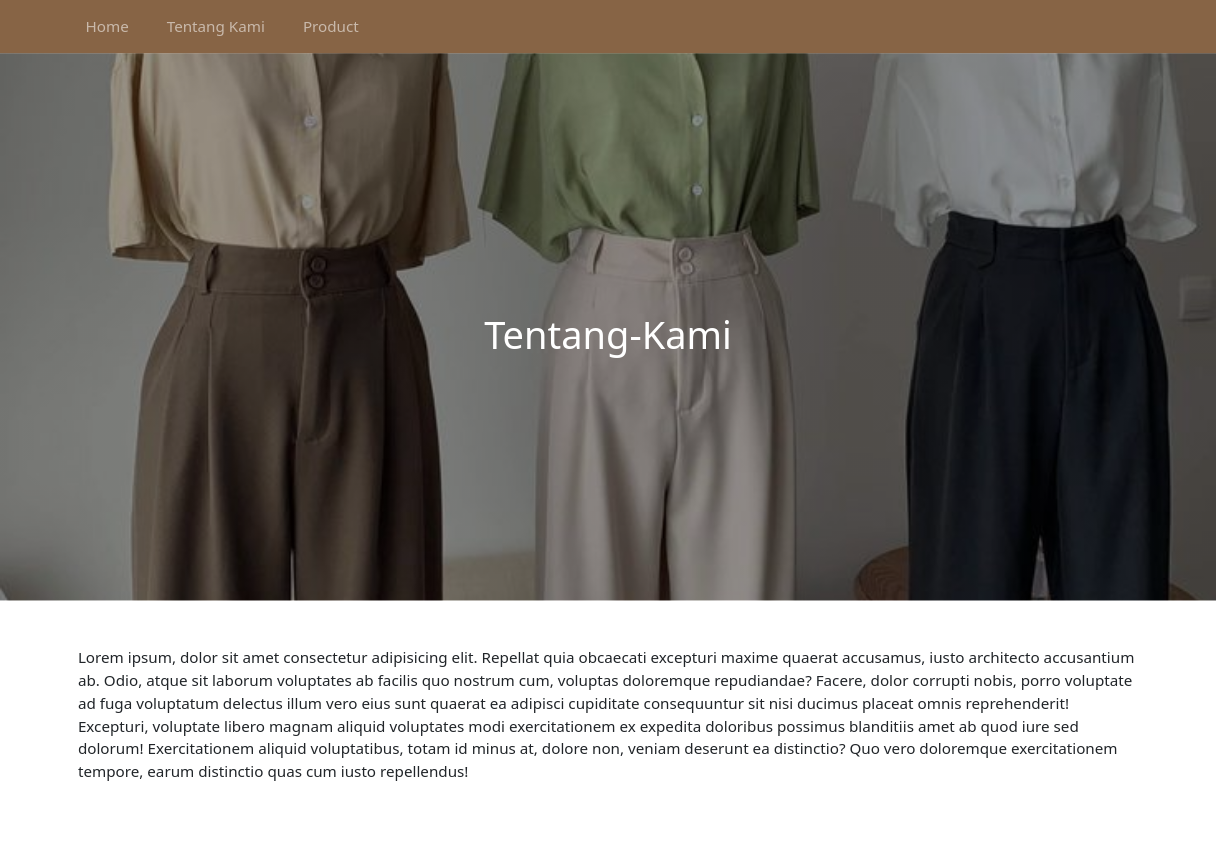
Repository: herman165/tugas_uas
Page: http://localhost/tentang_kami.php
An editor plug-in stored every save of this project. The page is shown before and after a run of saves, followed by the edit.
The browser window is 1280 px wide. The pictures show the whole page, at 95% of full size.
The page is run by PHP 8.4 with error messages shown; the project is at /var/www/html/.

Above is the page before, as saved 2024-12-12 04:30:55.

### tentang_kami.php

<!DOCTYPE html>
<html lang="en">
<head>
    <meta charset="UTF-8">
    <meta name="viewport" content="width=device-width, initial-scale=1.0">
    <title>Tentang Kami - Page</title>
    <link rel="stylesheet" href="bootstrap/css/bootstrap.min.css">
    <link rel="stylesheet" href="fontawesome/css/all.min.css">
    <link rel="stylesheet" href="css/style.css">
</head>
<body>
    <!-- navbar -->
     <?php require "navbar.php" ?>
     <!-- benner -->
     <div class="container-fluid banner d-flex align-items-center">
        <div class="container">
            <h1 class="mt-4 text-white text-center">Tentang-Kami</h1>
        </div>
     </div>
     <!-- main -->
      <div class="container-fluid py-5">
        <div class="container fs-6">
            <p>
                Lorem ipsum, dolor sit amet consectetur adipisicing elit. Repellat quia obcaecati excepturi maxime quaerat accusamus, iusto architecto accusantium ab. Odio, atque sit laborum voluptates ab facilis quo nostrum cum, voluptas doloremque repudiandae? Facere, dolor corrupti nobis, porro voluptate ad fuga voluptatum delectus illum vero eius sunt quaerat ea adipisci cupiditate consequuntur sit nisi ducimus placeat omnis reprehenderit! Excepturi, voluptate libero magnam aliquid voluptates modi exercitationem ex expedita doloribus possimus blanditiis amet ab quod iure sed dolorum! Exercitationem aliquid voluptatibus, totam id minus at, dolore non, veniam deserunt ea distinctio? Quo vero doloremque exercitationem tempore, earum distinctio quas cum iusto repellendus!
            </p>
            <p>

            </p>
        </div>
      </div>


    <script src="bootstrap/js/bootstrap.bundle.min.js"></script>
    <script src="fontawesome/js/all.min.js"></script>
</body>
</html>

### navbar.php
<!DOCTYPE html>
<html lang="en">
<head>
    <meta charset="UTF-8">
    <meta name="viewport" content="width=device-width, initial-scale=1.0">
    <title>Responsive Navbar</title>
     <link rel="stylesheet" href="bootstrap/css/bootstrap.min.css">

<style>

        /* Khusus tampilan HP */
        @media (max-width: 480px) {
            .navbar {
                background: linear-gradient(to right, #6a11cb, #2575fc); /* Gradient ungu ke biru */
                box-shadow: 0 4px 6px rgba(0, 0, 0, 0.3); /* Bayangan */
                border-radius: 5px; /* Membuat sudut melengkung */
            }

            .navbar-dark .nav-link {
                color: #ffffff;
                background-color: rgba(255, 255, 255, 0.2); /* Transparan putih */
                margin: 5px;
                padding: 10px;
                border-radius: 5px; /* Melengkung */
                text-align: center;
                transition: background-color 0.3s ease, color 0.3s ease;
            }

            .navbar-dark .nav-link:hover {
                background-color: rgba(255, 255, 255, 0.4); /* Lebih terang saat hover */
                color: #ffcc00; /* Warna kuning keemasan */
            }

            /* Tombol toggler */
            .navbar-dark .navbar-toggler {
                border: none;
                background-color: #ffffff; /* Putih */
                padding: 5px;
                border-radius: 3px; /* Melengkung */
            }

            .navbar-dark .navbar-toggler-icon {
                background-color: #6a11cb; /* Ungu */
                border-radius: 2px;
                width: 25px;
                height: 3px;
            }
        }

</style>

</head>
<body>
    <nav class="navbar navbar-expand-lg navbar-dark warna1">
        <div class="container">
            <button class="navbar-toggler" type="button" data-bs-toggle="collapse" data-bs-target="#navbarSupportedContent" aria-controls="navbarSupportedContent" aria-expanded="false" aria-label="Toggle navigation">
                <span class="navbar-toggler-icon"></span>
            </button>
            <div class="collapse navbar-collapse" id="navbarSupportedContent">
                <ul class="navbar-nav me-auto mb-2 mb-lg-0">
                    <li class="nav-item me-4 ">
                        <a class="nav-link " href="index.php">Home</a>
                    </li>
                    <li class="nav-item me-4 ">
                        <a class="nav-link" href="tentang_kami.php">Tentang Kami</a>
                    </li>
                    <li class="nav-item me-4 ">
                        <a class="nav-link" href="produk.php">Product</a>
                    </li>
                </ul>
            </div>
        </div>
    </nav>

    <script src="bootstrap/js/bootstrap.bundle.min.js"></script>
</body>
</html>

### css/style.css
.warna1 {
    background-color: #876445;
}
.warna2 {
    background-color: #CA965C;
}
.warna3 {
    background-color: #EEC373;
}
.warna4 {
    background-color: #F4DFBA;
}
.banner {
    height: 80vh; /* Mengisi seluruh tinggi layar */
    background: linear-gradient(rgba(0, 0, 0, 0.4), rgba(0, 0, 0, 0.4)), url('../image/benner\ new.jpg');
    background-size: cover; /* Memastikan gambar menutupi seluruh elemen */
    background-position: center; /* Memusatkan gambar */
    background-repeat: no-repeat; /* Mencegah gambar diulang */
}



@media (max-width: 768px) {
    .banner {
        height: 30vh;
    }
}
.highlighted-kategori{
    height: 250px;

}
.produk-terkait-image {
    height: 100%;
    width: 100%;
    object-fit: cover;
    object-position: center;

}
.no-decoration{
    text-decoration: none;
    color:white;
}
.no-decoration:hover {
    color: #EEC373;
}

.kategori-baju-pria {
  background: linear-gradient(rgba(0, 0, 0, 0.4), rgba(0, 0, 0, 0.4)), url('../image/baju\ pria.jpg');
  background-size: cover;
  background-position: center;
  background-repeat: no-repeat;
}
.kategori-baju-wanita {
  background: linear-gradient(rgba(0, 0, 0, 0.4), rgba(0, 0, 0, 0.4)), url('../image/baju\ wanita.jpg');
  background-size: cover;
  background-position: center;
  background-repeat: no-repeat;

}
.kategori-sepatu-pria {
  background: linear-gradient(rgba(0, 0, 0, 0.4), rgba(0, 0, 0, 0.4)), url('../image/Vans\ Old\ Skool\ Sneakers\ in\ Black_White\ _\ VN000D3HY28\ -\ Men\ 13_Wmn\ 14_5\ _\ Black.jpg');
  background-size: cover;
  background-position: center;
  background-repeat: no-repeat;
}
.kategori-jam-pria {
  background: linear-gradient(rgba(0, 0, 0, 0.4), rgba(0, 0, 0, 0.4)), url('../image/Kegllect\ Men\ Life\ Waterproof\ Quartz\ Watch\ Mens\ Large\ Dial\ Sport\ Wristwatch\ Jam\ Tangan\ Lelaki.jpg');
  background-size: cover;
  background-position: center;
  background-repeat: no-repeat;
}
.text-harga{
    font-size: 20px;
    color:#CA965C;
}
.image-box {
    height: 200px;
}
.image-box img{
    height: 100%;
    width: 100%;
    object-fit: cover;
    object-position: center;
}
.subscribe-content {
    background-color: rgba(0, 0, 0, 0.7);
}
.subscribe-content a {
    color: #fff
}
.bounce-icon {
    font-size: 50px;
    color: #fff;
    animation: wave 2s infinite;
}
@keyframes wave {
    0% {
        transform: translateX(0) translateY(0);
    }
    40% {
        transform: translateX(10px) translateY(-10px);
    }
    50% {
        transform: translateX(-10px) translateY(10px);
    }
    60% {
        transform: translateX(10px) translateY(10px);
    }
    80% {
        transform: translateX(-10px) translateY(-10px);
    }
    100% {
        transform: translateX(0) translateY(0);
    }
}

.layout {
    text-decoration: none;
}

Loaded but not shown: bootstrap/css/bootstrap.min.css (library); fontawesome/css/all.min.css (library); bootstrap/js/bootstrap.bundle.min.js (library)

After the next 2 saves:
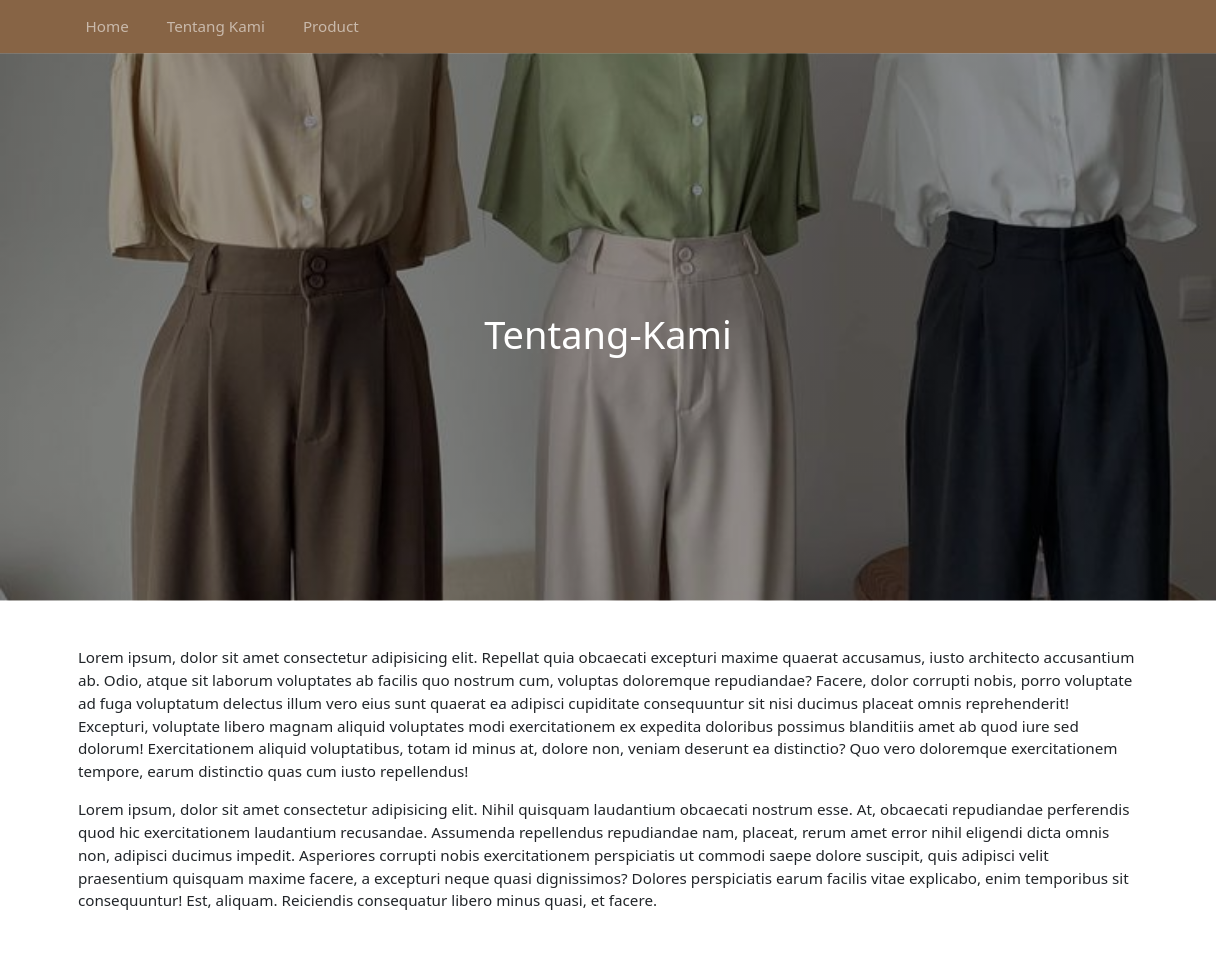
The 2 saves are shown as one change because they came seconds apart.
The last was saved 5 s later.
--- a/tentang_kami.php
+++ b/tentang_kami.php
@@ -25,7 +25,7 @@
                 Lorem ipsum, dolor sit amet consectetur adipisicing elit. Repellat quia obcaecati excepturi maxime quaerat accusamus, iusto architecto accusantium ab. Odio, atque sit laborum voluptates ab facilis quo nostrum cum, voluptas doloremque repudiandae? Facere, dolor corrupti nobis, porro voluptate ad fuga voluptatum delectus illum vero eius sunt quaerat ea adipisci cupiditate consequuntur sit nisi ducimus placeat omnis reprehenderit! Excepturi, voluptate libero magnam aliquid voluptates modi exercitationem ex expedita doloribus possimus blanditiis amet ab quod iure sed dolorum! Exercitationem aliquid voluptatibus, totam id minus at, dolore non, veniam deserunt ea distinctio? Quo vero doloremque exercitationem tempore, earum distinctio quas cum iusto repellendus!
             </p>
             <p>
-
+                Lorem ipsum, dolor sit amet consectetur adipisicing elit. Nihil quisquam laudantium obcaecati nostrum esse. At, obcaecati repudiandae perferendis quod hic exercitationem laudantium recusandae. Assumenda repellendus repudiandae nam, placeat, rerum amet error nihil eligendi dicta omnis non, adipisci ducimus impedit. Asperiores corrupti nobis exercitationem perspiciatis ut commodi saepe dolore suscipit, quis adipisci velit praesentium quisquam maxime facere, a excepturi neque quasi dignissimos? Dolores perspiciatis earum facilis vitae explicabo, enim temporibus sit consequuntur! Est, aliquam. Reiciendis consequatur libero minus quasi, et facere.
             </p>
         </div>
       </div>
